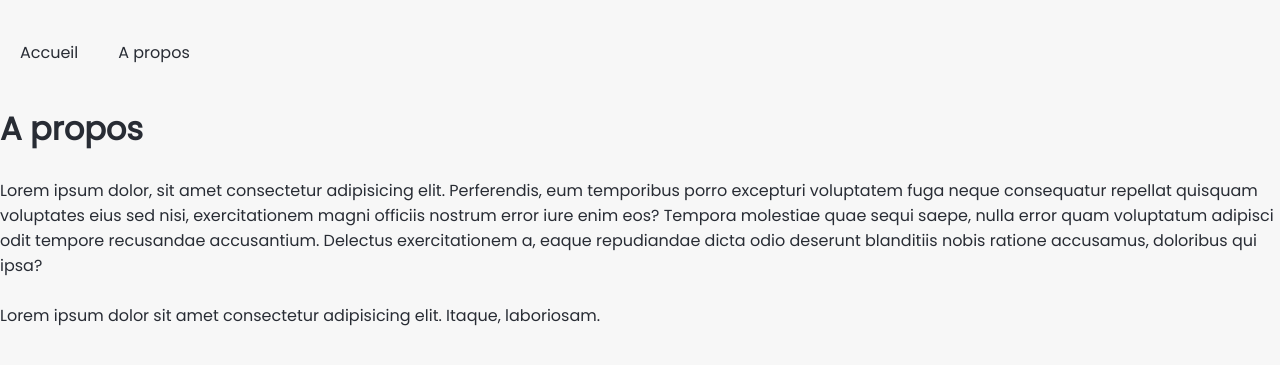
Repository: ahthionkevin/pays
Page: /about
An editor plug-in stored every save of this project. The page is shown before and after the next save, followed by the edit.
The browser window is 1280 px wide. The pictures show the whole page.
The project was rebuilt for these pictures with package versions that can differ from the ones it lists, and the page was loaded fresh each time. A package was used in the major version that the imports need, not the one package.json lists. Also part of the build but not shown: src/page/Home.jsx, src/page/NotFound.jsx.

Above is the page before, as saved 2021-06-16 18:41:17.

### src/styles/index.scss
@import "./settings";
@import "./components/navigation";

### src/App.js
import React from 'react';
import { BrowserRouter, Switch, Route } from 'react-router-dom';
import About from './page/About';
import Home from './page/Home';
import NotFound from './page/NotFound';

const App = () => {
  return (
    <BrowserRouter>
      <Switch>
        <Route path="/" exact component={Home}></Route>
        <Route path="/about" exact component={About}></Route>
        <Route component={NotFound}></Route>
      </Switch>
    </BrowserRouter>
  );
};

export default App;

### src/styles/_settings.scss
@import url("https://fonts.googleapis.com/css2?family=Poppins:wght@400&display=swap");

$font-1: "Poppins", sans-serif;

$color-1: #61dafb;
$color-2: #f7f7f7;
$color-3: #282c34;
$color-4: rgb(32, 35, 42);

* {
  box-sizing: border-box;
  margin: 0;
  padding: 0;
}
body {
  margin: 0.4rem auto;
  max-width: 1296px;
  font-family: $font-1;
  color: $color-3;
  background-color: $color-2;
}
li {
  list-style-type: none;
}
a {
  text-decoration: none;
  color: $color-3;
  cursor: pointer;
}
a:visited {
  color: $color-3;
}

### src/styles/components/_navigation.scss
.navigation{
    margin: 20px 0;
    display: flex;

    a{
        margin: 10px;
        padding: 10px;
        position: relative;

    }

}

### src/page/About.jsx
import React from 'react';
import Navigation from '../components/Navigation';

const About = () => {
    return (
        <div>
            <Navigation/>
            <h1>A propos</h1>
            <br />
            <p>Lorem ipsum dolor, sit amet consectetur adipisicing elit. Perferendis, eum temporibus porro excepturi voluptatem fuga neque consequatur repellat quisquam voluptates eius sed nisi, exercitationem magni officiis nostrum error iure enim eos? Tempora molestiae quae sequi saepe, nulla error quam voluptatum adipisci odit tempore recusandae accusantium. Delectus exercitationem a, eaque repudiandae dicta odio deserunt blanditiis nobis ratione accusamus, doloribus qui ipsa?</p>
            <br />
            <p>Lorem ipsum dolor sit amet consectetur adipisicing elit. Itaque, laboriosam.</p>
        </div>


    );
};

export default About;

### src/components/Navigation.jsx
import React from 'react';
import { NavLink } from 'react-router-dom';

const Navigation = () => {
    return (
        <div className="navigation">
            <NavLink exact to="/" activeClassName="nav-active">Accueil</NavLink>
            <NavLink exact to="/about" activeClassName="nav-active">A propos</NavLink>
        </div>
    );
};

export default Navigation;

Loaded but not shown: public/index.html (common file); src/index.js (common file); src/reportWebVitals.js (common file)

After the next save:
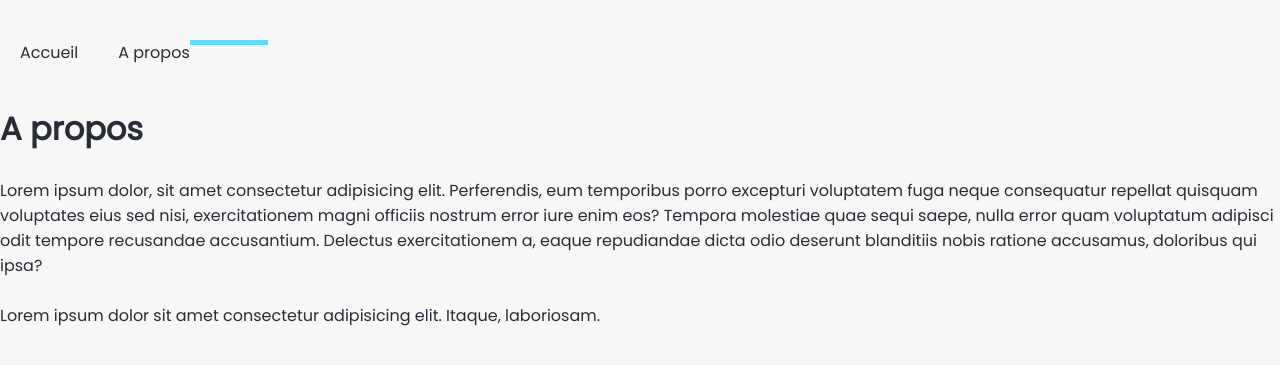
Saved 3 min 29 s later.
--- a/src/styles/components/_navigation.scss
+++ b/src/styles/components/_navigation.scss
@@ -9,4 +9,15 @@
 
     }
 
+
+    .nav-active{
+        &::after{
+            content: " ";
+            width: 85%;
+            height: 5px;
+            background-color: $color-1;
+            position: absolute;
+        }
+    }
+
 }
